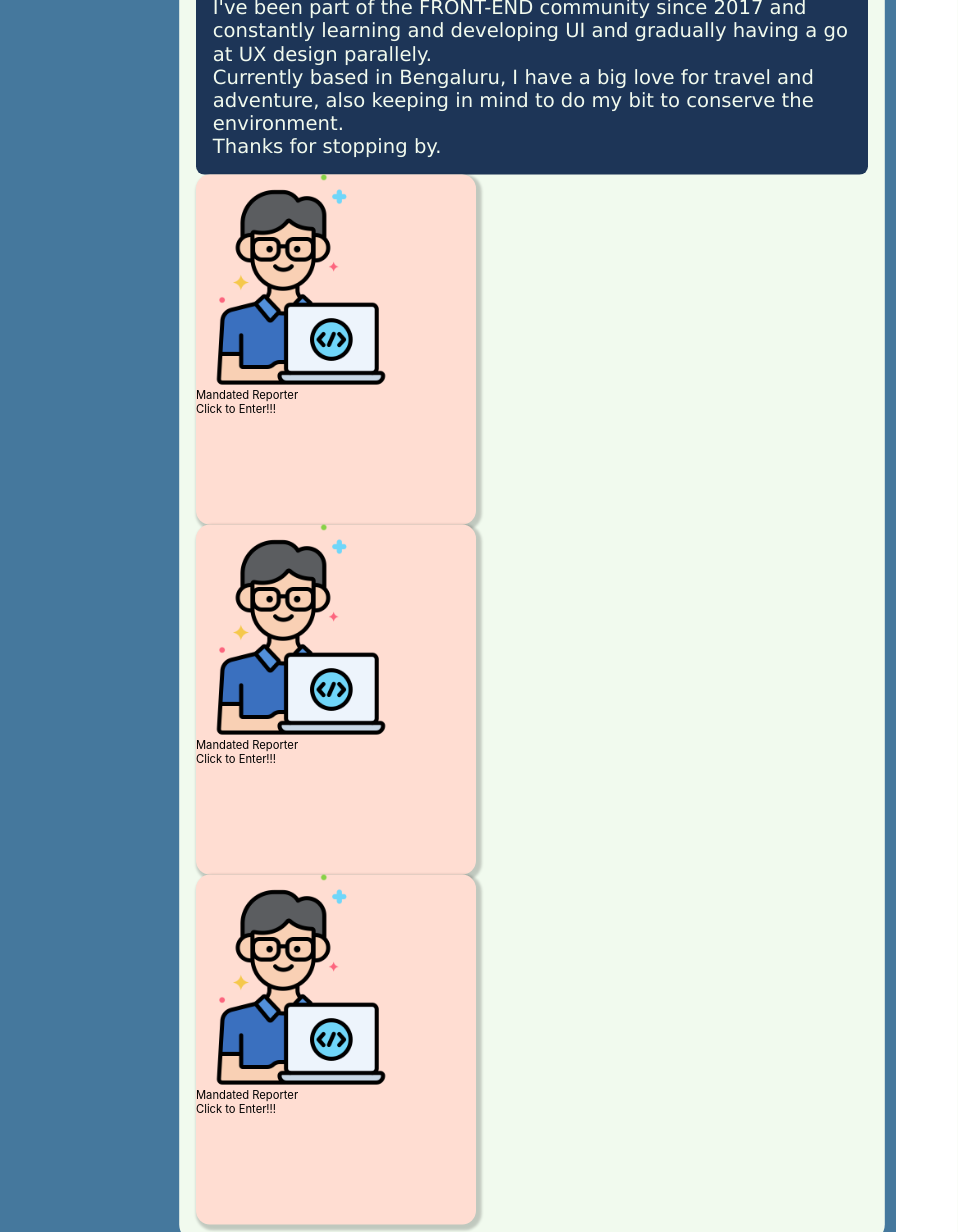
Repository: niranjangp/portfolioReact
Page: /
An editor plug-in stored every save of this project. The page is shown before and after the next save, followed by the edit.
The browser window is 1280 px wide. The page is 1368 px wide, so the pictures cover 1368 px, including what lies to the right of the window. The pictures show the part of the page from y = 838 to 2598 px (the page is 2767 px tall before and 2267 px after), at 70% of full size.
The project was rebuilt for these pictures with package versions that can differ from the ones it lists, and the page was loaded fresh each time. Also part of the build but not shown: src/pages/csOne.jsx, src/pages/notFound.jsx.

Above is the page before, as saved 2022-01-31 20:48:11.

### public/index.html
<!DOCTYPE html>
<html lang="en">
  <head>
    <meta charset="utf-8" />
    <!--<link rel="icon" href="%PUBLIC_URL%/favicon.ico" />-->
    <meta name="viewport" content="width=device-width, initial-scale=1" />
    <meta name="theme-color" content="#000000" />
    <meta
      name="description"
      content="Web site created using create-react-app"
    />
    <!--<link rel="apple-touch-icon" href="%PUBLIC_URL%/logo192.png" />-->
    <!--
      manifest.json provides metadata used when your web app is installed on a
      user's mobile device or desktop. See https://developers.google.com/web/fundamentals/web-app-manifest/
    -->
    <link rel="manifest" href="%PUBLIC_URL%/manifest.json" />
    <!--
      Notice the use of %PUBLIC_URL% in the tags above.
      It will be replaced with the URL of the `public` folder during the build.
      Only files inside the `public` folder can be referenced from the HTML.

      Unlike "/favicon.ico" or "favicon.ico", "%PUBLIC_URL%/favicon.ico" will
      work correctly both with client-side routing and a non-root public URL.
      Learn how to configure a non-root public URL by running `npm run build`.
    -->
    <title>Portfolio</title>
  </head>
  <body>
    <noscript>You need to enable JavaScript to run this app.</noscript>
    <div id="root"></div>
    <!--
      This HTML file is a template.
      If you open it directly in the browser, you will see an empty page.

      You can add webfonts, meta tags, or analytics to this file.
      The build step will place the bundled scripts into the <body> tag.

      To begin the development, run `npm start` or `yarn start`.
      To create a production bundle, use `npm run build` or `yarn build`.
    -->
  </body>
</html>

### src/index.css
body {
  margin: 0;
  font-family: -apple-system, BlinkMacSystemFont, 'Segoe UI', 'Roboto', 'Oxygen',
    'Ubuntu', 'Cantarell', 'Fira Sans', 'Droid Sans', 'Helvetica Neue',
    sans-serif;
  -webkit-font-smoothing: antialiased;
  -moz-osx-font-smoothing: grayscale;
  box-sizing: border-box;
}

code {
  font-family: source-code-pro, Menlo, Monaco, Consolas, 'Courier New',
    monospace;
}

p {
  margin: 0;
}

### src/App.js
import './App.css';

import { Route, NavLink, Switch, Redirect } from 'react-router-dom';
import EnterTheDesign from './pages/enterDesign';
import CSOne from './pages/csOne';
import NotFound from './pages/notFound';

function App() {
  const flatIconLink = "https://www.flaticon.com/free-icons/programmer";


  return (
    <div className='App'>
      <div className="containerOne">
        <nav className='navigation'>
          <div>
            <NavLink activeClassName="link-sel" to="/cs-one">1. Case Study</NavLink>
          </div>
          <div>
            <NavLink activeClassName="link-sel" to="/cs-two">Case t'w'o Study</NavLink>
          </div>
          <div>
            <NavLink activeClassName="link-sel" to="/cs-three">Case Study the third</NavLink>
          </div>
          <div>
            <NavLink activeClassName="link-sel" to="/cs-three">Case Study IV</NavLink>
          </div>


        </nav>
        <main className='mainOne'>
          <Switch>
            <Route exact path="/" ><Redirect to="/enter-the-design" /></Route>
            <Route path="/enter-the-design" ><EnterTheDesign /></Route>
            <Route exact path="/cs-one" ><CSOne /></Route>

            <Route path="*"><NotFound /></Route>
          </Switch>
          {/*<div className='firstRow'>
            <div className="width-60">
              <p className='fr-info'>NIRANJAN G P, IS A UI DEVELOPER AT DELOITTE USI</p>
            </div>
            <div className="width-40 img-block">
              <img src={avatarIcon} alt="avatar-icon" className='avtr-img' />
            </div>
          </div>
          <div className='sec-row'>
            <p>Hi, this is Niranjan.</p>
            <p>I Joined Deloitte USI as a campus recruit. Since then I've been part of many innovative and high-intensity projects, coordinating between multiple virtual teams to help complete client deliverables.</p>
            <p>I've been part of the FRONT-END community since 2017 and constantly learning and developing UI and gradually having a go at UX design parallely.</p>
            <p>Currently based in Bengaluru, I have a big love for travel and adventure, also keeping in mind to do my bit to conserve the environment.</p>
            <p>Thanks for stopping by.</p>
          </div>*/}

        </main>
        <footer>
          <div className='footer-info'>
            <p>Niranjan G P</p>
            <p>Design & Develop</p>
            <p>Please consider the Environment while printing.</p>
          </div>
          <div>
            <a href={flatIconLink} title="programmer icons">Programmer icons created by Flat Icons - Flaticon</a>
            {/*<a target="_blank" rel="noopener noreferrer" href={avatarLink}>Avatar</a> icon by <a target="_blank" rel="noopener noreferrer" href={icon8link}>Icons8</a>*/}
          </div>
        </footer>
      </div>

    </div>
  );
}

export default App;

### src/App.css
.containerOne {
  background-color: #45789d;
}

.mainOne {
  width: 75%;
  margin-left: 20%;
  background-color: #F1FAEE;
  height: 100%;
  border-radius: 1.5rem;
  padding:24px;
}

.fr-info {
  font-size: 3rem;
  font-family:'Gill Sans', 'Gill Sans MT', Calibri, 'Trebuchet MS', sans-serif;
  padding: 24px;
}

.firstRow {
  display: flex;
  align-items: center;
  margin-bottom: 1.5rem;
}

.width-60 {
  width: 60%;
}

.width-40 {
  width: 40%;
}

.img-block {
  text-align: center;
}

.sec-row {
  background-color: #1d3557;
  color: #f1faee;
  border-radius: 0.75rem;
  padding: 24px;
  font-family: 'Lucida Sans', 'Lucida Sans Regular', 'Lucida Grande', 'Lucida Sans Unicode', Geneva, Verdana, sans-serif;
  font-size: 28px;
}

.centered {
  margin: 3rem auto;
  text-align: center;
  display: flex;
  justify-content: center;
  align-items: center;
}

.linkSel {
  text-decoration: underline;
  font-weight: bold;
}

.card-box {
  width: 50%;
}

.card {
  width: 400px;
  height: 500px;
  background-color: #ffddd2;
  border-radius: 20px;
  box-shadow: 4px 4px 4px 4px rgba(0, 0, 0, 0.2);
}

.card:hover {
  box-shadow: 4px 4px 4px 8px rgba(0, 0, 0, 0.2);
}

.card-icon {
  width: 300px;
}

footer {
  width: 75%;
  margin-left: 20%;
  background-color: #F1FAEE;
  height: 100%;
  border-radius: 1.5rem;
  padding:24px;
}
.footer-info {
  font-size: 1.5rem;
}

/*.containerOne {
  background-color: #F1FAEE;
}
.mainOne {
  background-color: #a8dadc;
  width: 75%;
  margin-left: 20%;
  /-*background-color: #45789d;*-/
  height: 660px;
}

.p1 {
  color: #1d3557;
}
.p2 {
  color: #f1faee;
}*/

/*.App-logo {
  height: 40vmin;
  pointer-events: none;
}

@media (prefers-reduced-motion: no-preference) {
  .App-logo {
    animation: App-logo-spin infinite 20s linear;
  }
}

.App-header {
  background-color: #282c34;
  min-height: 100vh;
  display: flex;
  flex-direction: column;
  align-items: center;
  justify-content: center;
  font-size: calc(10px + 2vmin);
  color: white;
}

.App-link {
  color: #61dafb;
}*/

@keyframes App-logo-spin {
  from {
    transform: rotate(0deg);
  }
  to {
    transform: rotate(360deg);
  }
}

### src/pages/enterDesign.jsx
import React from 'react';
import Icons from '../assets/programmer.png';

const enterDesign = () => {
    const avatarIcon = Icons;

    const navtoCardDet = () => {
        try {
            console.log('inside card det func');
        } catch (e) {
            console.log('Error in navToCardDet', e.stack());
        }
    }

    return (
        <React.Fragment>
            <div className='firstRow'>
                <div className="width-60">
                    <p className='fr-info'>NIRANJAN G P, IS A UI DEVELOPER AT DELOITTE USI</p>
                </div>
                <div className="width-40 img-block">
                    <img src={avatarIcon} alt="avatar-icon" className='avtr-img' />
                </div>
            </div>
            <div className='sec-row'>
                <p>Hi, this is Niranjan.</p>
                <p>I Joined Deloitte USI as a campus recruit. Since then I've been part of many innovative and high-intensity projects, coordinating between multiple virtual teams to help complete client deliverables.</p>
                <p>I've been part of the FRONT-END community since 2017 and constantly learning and developing UI and gradually having a go at UX design parallely.</p>
                <p>Currently based in Bengaluru, I have a big love for travel and adventure, also keeping in mind to do my bit to conserve the environment.</p>
                <p>Thanks for stopping by.</p>
            </div>
            <div className='third-row'>
                <div className='card-box'>
                    <div className="card" onClick={navtoCardDet}>
                        <img src={avatarIcon} alt="card-icon" className='card-icon' />
                        <p>Mandated Reporter</p>
                        <p>Click to Enter!!!</p>
                    </div>
                </div>
                <div className='card-box'>
                    <div className="card" onClick={navtoCardDet}>
                        <img src={avatarIcon} alt="card-icon" className='card-icon' />
                        <p>Mandated Reporter</p>
                        <p>Click to Enter!!!</p>
                    </div>
                </div>
                <div className='card-box'>
                    <div className="card" onClick={navtoCardDet}>
                        <img src={avatarIcon} alt="card-icon" className='card-icon' />
                        <p>Mandated Reporter</p>
                        <p>Click to Enter!!!</p>
                    </div>
                </div>
            </div>
        </React.Fragment>
    )
};

export default enterDesign;

Loaded but not shown: src/index.js (common file); src/reportWebVitals.js (common file)

After the next save:
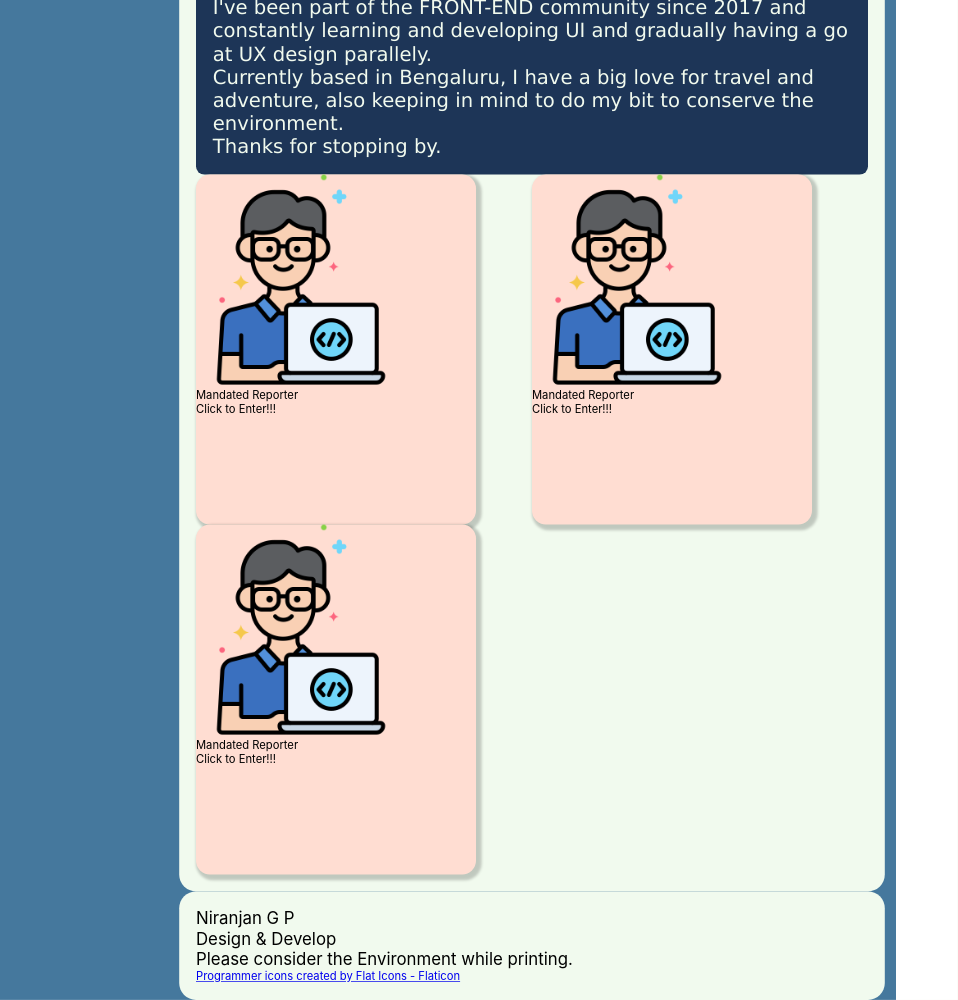
Saved 105 s later.
--- a/src/App.css
+++ b/src/App.css
@@ -55,6 +55,11 @@
 .linkSel {
   text-decoration: underline;
   font-weight: bold;
+}
+
+.third-row {
+  display: flex;
+  flex-wrap: wrap;
 }
 
 .card-box {
